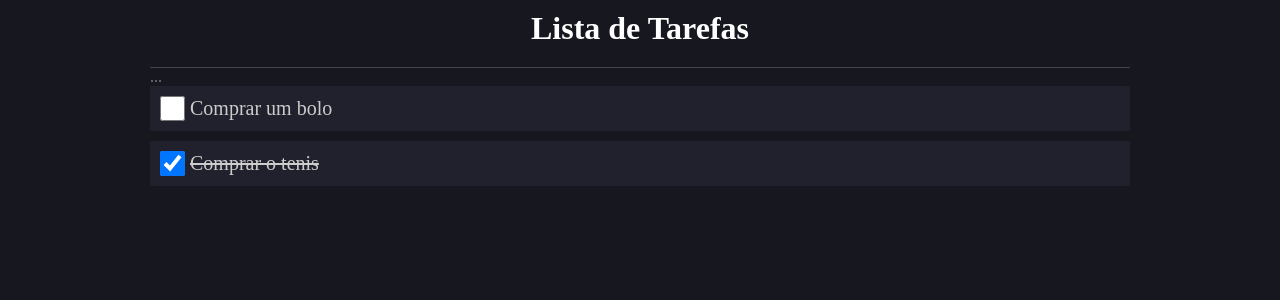
Repository: Wink07/lista-tarefas
Page: /
The author's editor kept a copy of each file at every save. The page is drawn from the files as they stood at one save, then again after the next save.
The browser window is 1280 px wide. The pictures show the whole page.
The project was rebuilt for these pictures with package versions that can differ from the ones it lists, and the page was loaded fresh each time. Also part of the build but not shown: vite.config.ts.

Above is the page before, as saved 2022-05-10 20:05:36.

After the next save:
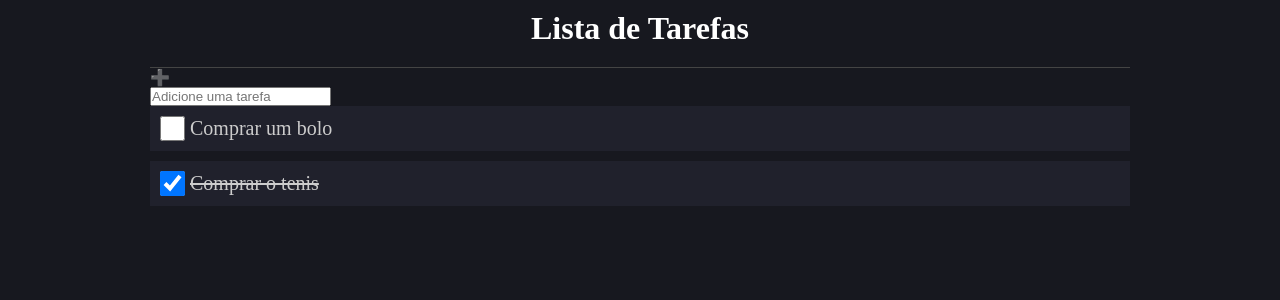
Saved 117 s later.
--- a/src/components/AddArea/index.tsx
+++ b/src/components/AddArea/index.tsx
@@ -3,7 +3,11 @@ import * as C from './styles'
 export const AddArea = () => {
     return (
         <C.Container>
-            ...
+            <div className="image">➕</div>
+            <input
+                type="text"
+                placeholder='Adicione uma tarefa'
+            />
         </C.Container>
     )
 }
